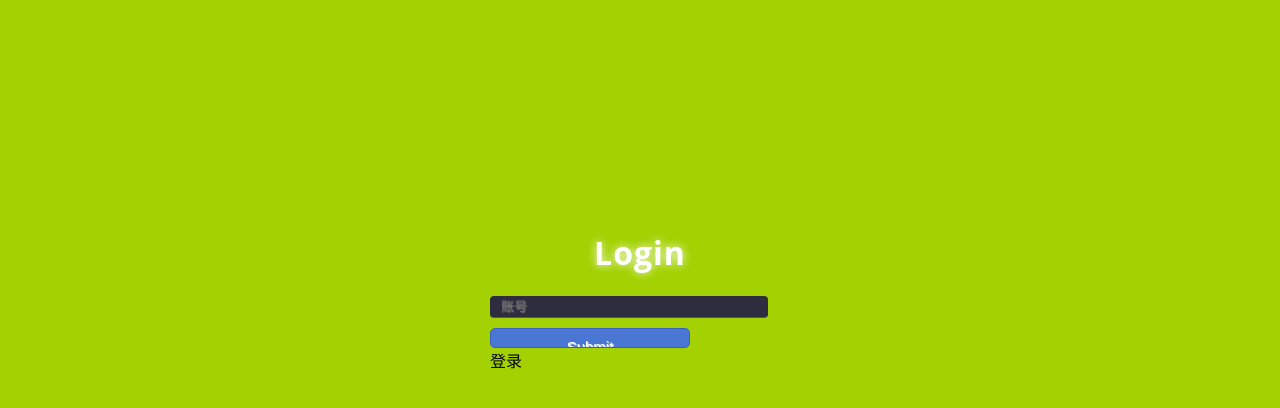
Repository: SnugHAN/gg
Page: http://localhost/bank/
The author's editor kept a copy of each file at every save. The page is drawn from the files as they stood at one save, then again after the next save.
The browser window is 1280 px wide. The pictures show the whole page.
The page is served by Tomcat 9. Queries for data that is not in the repository find no rows.

Above is the page before, as saved 2016-11-30 12:52:58.

### bank/bank/WebRoot/index.jsp
<%@ page language="java" import="java.util.*" pageEncoding="utf-8"%>

<%
String path = request.getContextPath();
String basePath = request.getScheme()+"://"+request.getServerName()+":"+request.getServerPort()+path+"/";
%>
<%@ page language="java" contentType="text/html; charset=utf-8"%>
<%@ page import="java.sql.* "%>

<%@ page import="java.lang.String" %>
<%@ page import="java.sql.ResultSet" %>
<!DOCTYPE HTML PUBLIC "-//W3C//DTD HTML 4.01 Transitional//EN">
<html>
  <head>
    <base href="<%=basePath%>">

    <title>我存我惠</title>
	<meta http-equiv="pragma" content="no-cache">
	<meta http-equiv="cache-control" content="no-cache">
	<meta http-equiv="expires" content="0">
	<meta http-equiv="keywords" content="keyword1,keyword2,keyword3">
	<meta http-equiv="description" content="This is my page">
	<!--
	<link rel="stylesheet" type="text/css" href="styles.css">
	-->
  <link rel="stylesheet" type="text/css" href="css/login.css"/>
  </head>
  <body>
     <div id="login">
        <h1>Login</h1>
        <form method="post" action="index.jsp">

            <input type="text" required="required" placeholder="账号" name="username">

            <input type="submit" class="but" name= "usename">登录
        </form>
    </div>

     <%

   String username = request.getParameter("username");
   try{
	   Class.forName("oracle.jdbc.driver.OracleDriver");

   }catch(ClassNotFoundException e){

	   e.printStackTrace();
   }

   try{
       //Class.forName("oracle.jdbc.driver.OracleDriver").newInstance();
       Connection con = DriverManager.getConnection("jdbc:oracle:thin:@localhost:1521:orcl","system","hankangqi");
       if(con==null){
          System.out.println("与oracle数据库连接失败！");
      }else{
    	  System.out.println("与oracle数据库连接成功！");
      }
       Statement stmt = con.createStatement();
       String sql = "select * from hkm where username='"+username+"'";
       //System.out.println(username);
       ResultSet rs = stmt.executeQuery(sql);
       //System.out.println("不错");
       if(rs.next()){
    	  // System.out.println("fdsfdf");
    	   if(rs.getString("username").equals(username)){
        	  // System.out.println("不错");
        	 rs.getString("username");
            %>
             <form method="post" action="admin.jsp">

            <input type="text" value="rs.getString("username")" name= "usename">

            <input type="submit" class="but" name="登陆"/>
        </form>
            <%
           }else {
               response.sendRedirect("index.jsp");
           }

       }
       else{
    	   System.out.println("不对啊！");
       }
   }catch (Exception e) {
       e.printStackTrace();
   }


%>
  </body>
</html>

### bank/bank/WebRoot/css/login.css
@CHARSET "UTF-8";
html{
    width: 100%;
    height: 100%;
    overflow: hidden;
    font-style: sans-serif;
}
body{
    width: 100%;
    height: 100%;
    font-family: 'Open Sans',sans-serif;
    margin: 0;
    background-color: #A3D101;
}
#login{
    position: absolute;
    top: 50%;
    left:50%;
    margin: -150px 0 0 -150px;
    width: 300px;
    height: 300px;
}
#login h1{
    color: #fff;
    text-shadow:0 0 10px;
    letter-spacing: 1px;
    text-align: center;
}
h1{
    font-size: 2em;
    margin: 0.67em 0;
}
input{
    width: 278px;
    height: 18px;
    margin-bottom: 10px;
    outline: none;
    padding: 10px;
    font-size: 13px;
    color: #fff;
    text-shadow:1px 1px 1px;
    border-top: 1px solid #312E3D;
    border-left: 1px solid #312E3D;
    border-right: 1px solid #312E3D;
    border-bottom: 1px solid #56536A;
    border-radius: 4px;
    background-color: #2D2D3F;
}
.but{
    width: 200px;
    min-height: 20px;
    display: block;
    background-color: #4a77d4;
    border: 1px solid #3762bc;
    color: #fff;
    padding: 9px 14px;
    font-size: 15px;
    line-height: normal;
    border-radius: 5px;
    margin: 0;
}

After the next save:
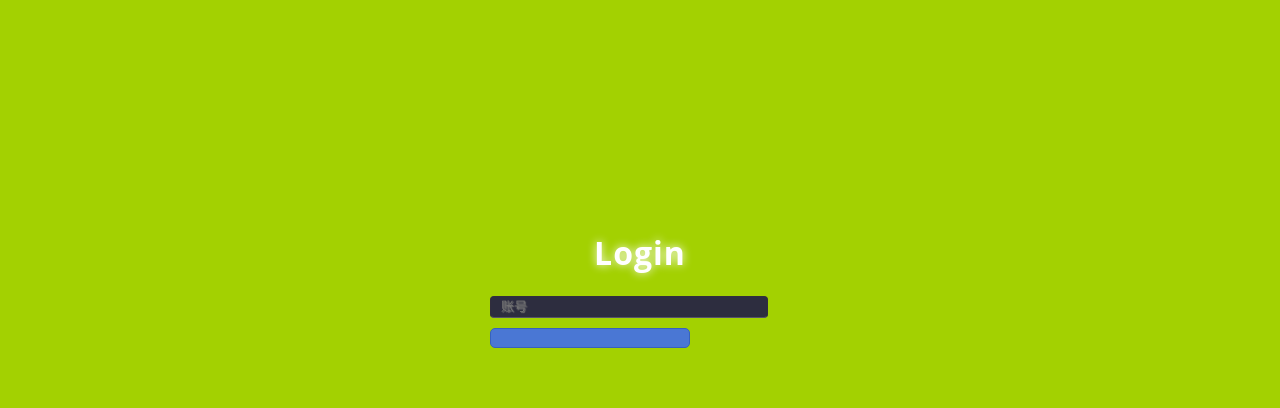
Saved 76 s later.
--- a/bank/bank/WebRoot/index.jsp
+++ b/bank/bank/WebRoot/index.jsp
@@ -32,7 +32,7 @@ String basePath = request.getScheme()+"://"+request.getServerName()+":"+request.
 
             <input type="text" required="required" placeholder="账号" name="username">
 
-            <input type="submit" class="but" name= "usename">登录
+            <input type="button" class="but" name= "login">
         </form>
     </div>
 
